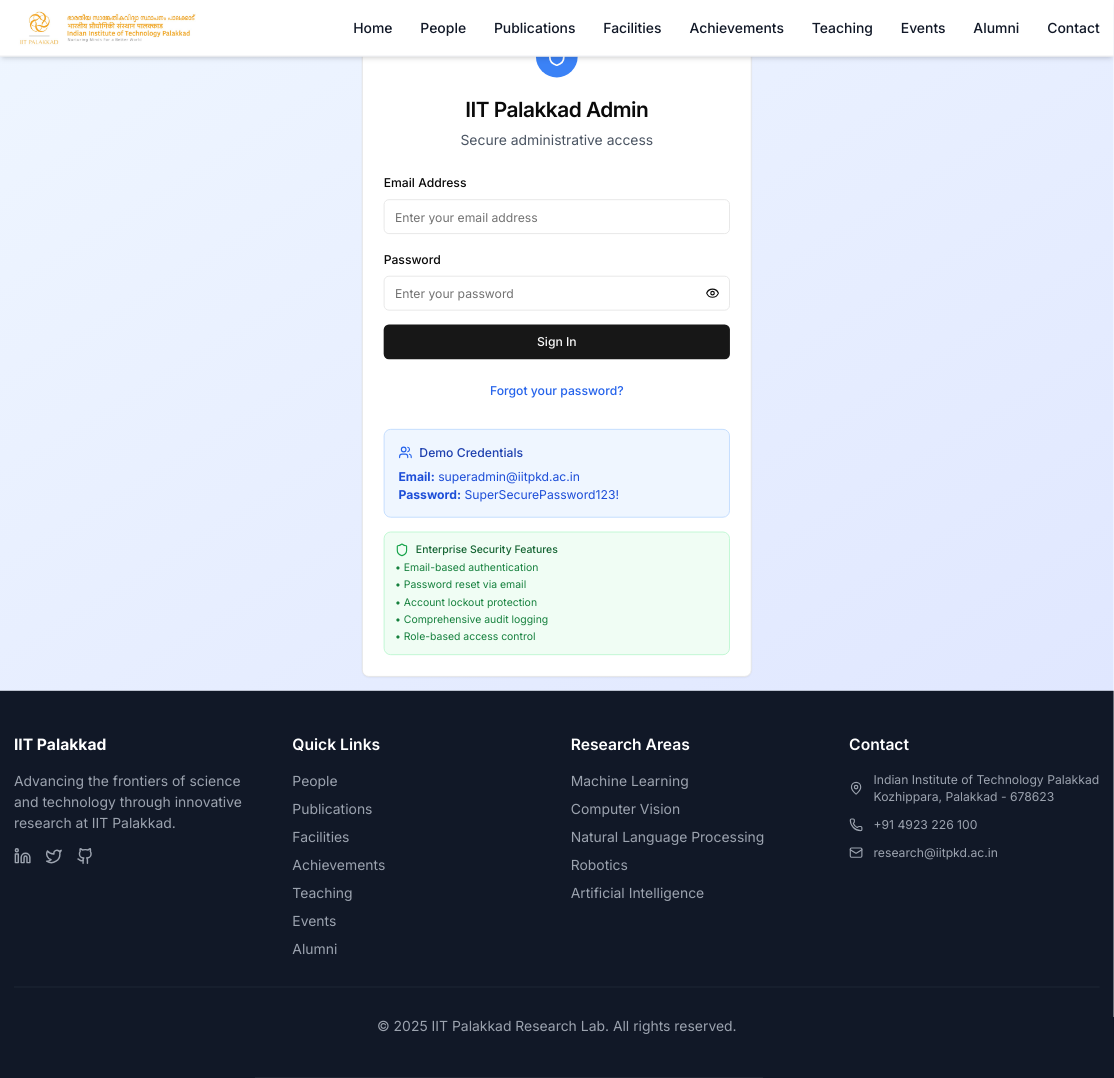
Repository: Gopikrish-30/iit-palakkad-arise
Page: /admin/login
An editor plug-in stored every save of this project. The page is shown before and after the next save, followed by the edit.
The browser window is 1280 px wide. The pictures show the whole page, at 87% of full size.
The project was rebuilt for these pictures with package versions that can differ from the ones it lists, and the page was loaded fresh each time. The framework's server and built-in components were replaced by stand-ins that run in the browser. Also part of the build but not shown: next.config.mjs.

Above is the page before, as saved 2025-06-19 21:49:53.

After the next save:
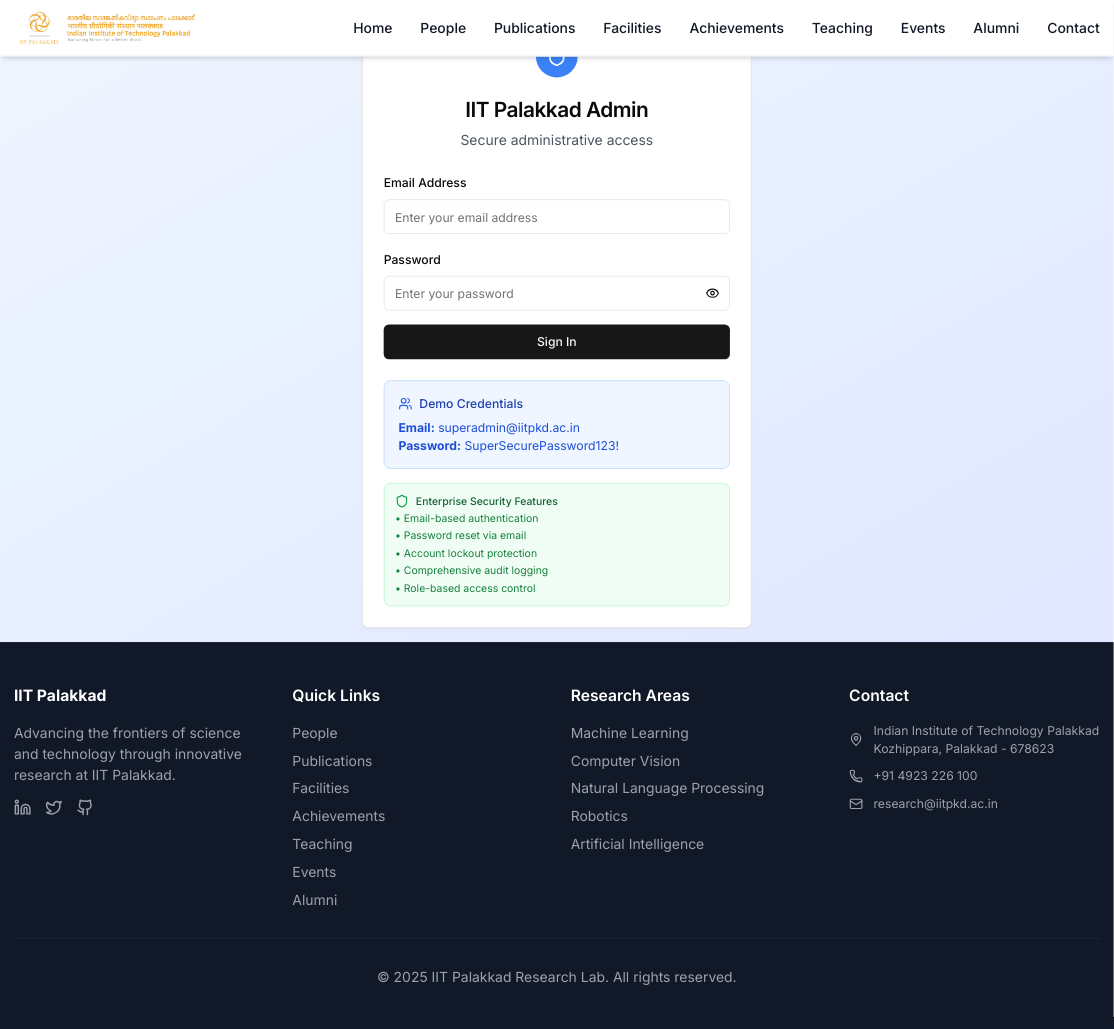
Saved 13 s later.
--- a/app/admin/login/page.tsx
+++ b/app/admin/login/page.tsx
@@ -119,17 +119,6 @@
             <Button type="submit" className="w-full" disabled={isLoading}>
               {isLoading ? "Signing in..." : "Sign In"}
             </Button>
-
-            <div className="text-center">
-              <Button
-                type="button"
-                variant="link"
-                className="text-sm text-blue-600 hover:text-blue-800"
-                onClick={() => setShowForgotPassword(true)}
-              >
-                Forgot your password?
-              </Button>
-            </div>
           </form>
 
           <div className="mt-6 p-4 bg-blue-50 border border-blue-200 rounded-lg">
